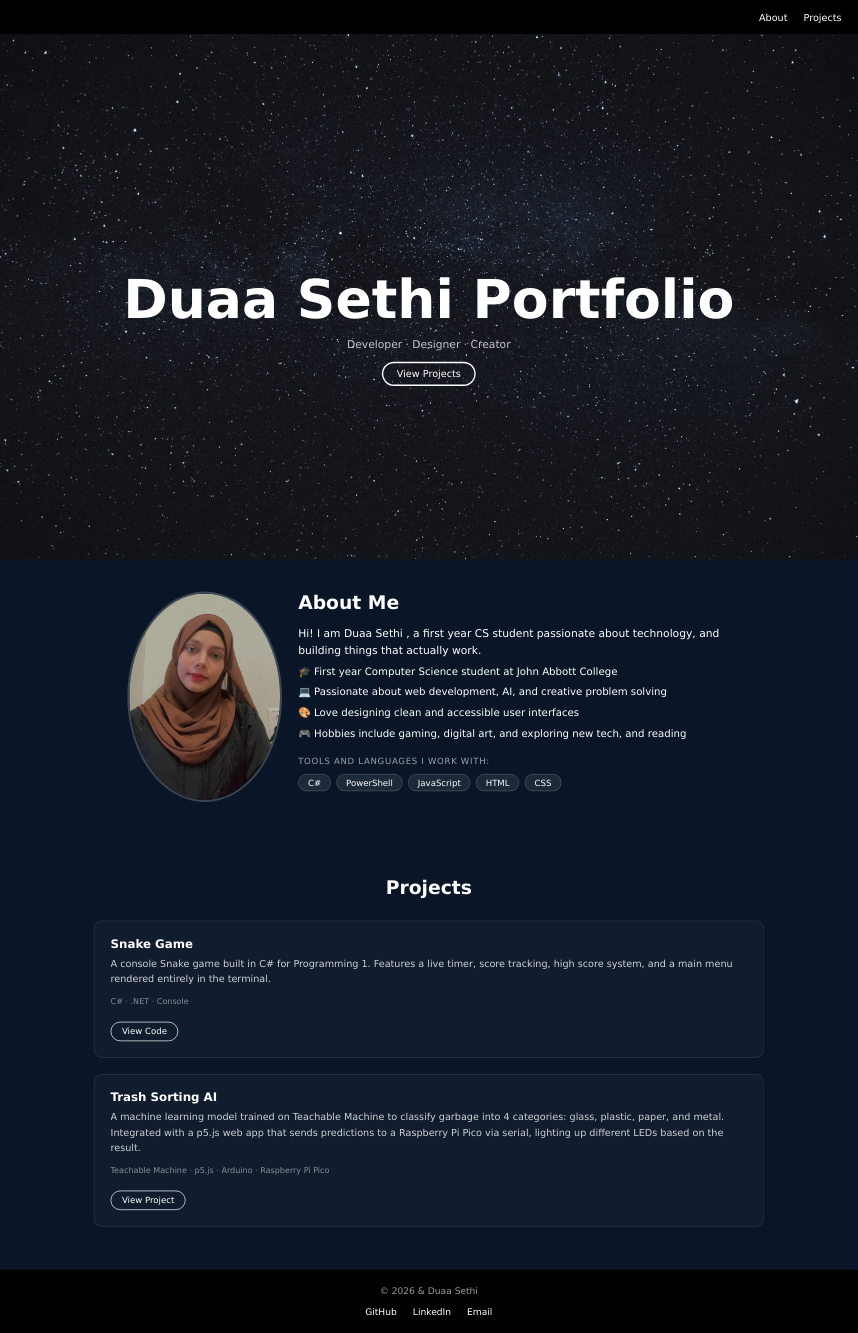
Repository: Duaa-Sethi/Duaa-Sethi
Page: index.html
The author's editor kept a copy of each file at every save. The page is drawn from the files as they stood at one save, then again after the next save.
The browser window is 1280 px wide. The pictures show the whole page, at 67% of full size.
Some web fonts or font styles are not loaded; a fallback is used.

Above is the page before, as saved 2026-05-04 17:07:05.

### index.html
<!doctype html>
<html lang="en">
  <head>
    <meta charset="UTF-8" />
    <meta name="viewport" content="width=device-width, initial-scale=1.0" />
    <title>Dua Portfolio</title>
    <link rel="stylesheet" href="./styles/index.css" />
    <link rel="stylesheet" href="./styles/globals.css" />
  </head>
  <body>
    <!-- NAV -->
    <nav>
      <ul>
        <li><a href="#about">About</a></li>
        <li><a href="#projects">Projects</a></li>
      </ul>
    </nav>

    <!-- HERO -->
    <section class="hero">
      <article>
        <h1>Duaa Sethi Portfolio</h1>
        <p>Developer · Designer · Creator</p>
        <a href="#projects">View Projects</a>
      </article>
    </section>

    <!-- ABOUT -->
    <section class="about" id="about">
      <img src="./assets/images/Dua Sethi.jpeg" alt="Photo of Duaa Sethi" />
      <div class="about-text">
        <h2>About Me</h2>
        <p class="about-intro">
          Hi! I am Duaa Sethi , a first year CS student passionate about
          technology, and building things that actually work.
        </p>

        <ul class="about-list">
          <li>🎓 First year Computer Science student at John Abbott College</li>
          <li>
            💻 Passionate about web development, AI, and creative problem
            solving
          </li>
          <li>🎨 Love designing clean and accessible user interfaces</li>
          <li>
            🎮 Hobbies include gaming, digital art, and exploring new tech, and
            reading
          </li>
        </ul>

        <p class="tools-label">Tools and languages I work with:</p>
        <ul class="tools-list">
          <li>C#</li>
          <li>PowerShell</li>
          <li>JavaScript</li>
          <li>HTML</li>
          <li>CSS</li>
        </ul>
      </div>
    </section>

    <!-- PROJECTS -->
    <section class="projects" id="projects">
      <h2>Projects</h2>
      <div class="cards">
        <article class="card">
          <h3>Snake Game</h3>
          <p>
            A console Snake game built in C# for Programming 1. Features a live
            timer, score tracking, high score system, and a main menu rendered
            entirely in the terminal.
          </p>
          <p class="tech">C# · .NET · Console</p>
          <a
            href="https://github.com/Duaa-Sethi/Programming1-project-Dua-Sethi"
            target="_blank"
            >View Code</a
          >
        </article>
        <article class="card">
          <h3>Trash Sorting AI</h3>
          <p>
            A machine learning model trained on Teachable Machine to classify
            garbage into 4 categories: glass, plastic, paper, and metal.
            Integrated with a p5.js web app that sends predictions to a
            Raspberry Pi Pico via serial, lighting up different LEDs based on
            the result.
          </p>
          <p class="tech">
            Teachable Machine · p5.js · Arduino · Raspberry Pi Pico
          </p>
          <a
            href="https://editor.p5js.org/duairfansethi/full/mdRLpCkG2"
            target="_blank"
            >View Project</a
          >
        </article>
      </div>
    </section>

    <footer>
      <p>© 2026 & Duaa Sethi</p>
      <ul class="footer-links">
        <ul class="footer-links">
          <li><a href="https://github.com/Duaa-Sethi">GitHub</a></li>
          <li>
            <a
              href="https://www.linkedin.com/in/dua-irfan-sethi-32944838b/"
              target="_blank"
              >LinkedIn</a
            >
          </li>
          <li>
            <a href="mailto:duairfansethi@gmail.com">Email</a>
          </li>
        </ul>
      </ul>
    </footer>
  </body>
</html>

### styles/index.css
body {
  background-color: #0a1628;
}

/* NAV */
nav {
  position: sticky;
  top: 0;
  background-color: black;
  padding: 0 1.5rem;
}

nav ul {
  display: flex;
  justify-content: flex-end;
  gap: 1.5rem;
  padding: 1rem 0;
}

nav ul li a {
  font-size: 0.9rem;
}

.hero {
  display: flex;
  align-items: center;
  justify-content: center;
  text-align: center;
  min-height: 100vh;
  padding: 2rem 1.5rem;

  /* dont memorize, copy paste background defs */
  background-image: url(../assets/images/kai-pilger-Ef6iL87-vOA-unsplash.jpg);
  background-size: cover;
  background-position: center;
  background-repeat: no-repeat;
}

.hero h1 {
  font-size: 2rem;
  margin-bottom: 0.75rem;
}

.hero p {
  font-size: 1rem;
  opacity: 0.75;
  margin: 0 0 1.5rem 0;
}

.hero a {
  border: 2px solid white;
  padding: 0.5rem 1.25rem;
  border-radius: 20px;
  font-size: 0.9rem;
}

.hero a:hover {
  background-color: white;
  color: #0a1628;
  text-decoration: none;
}

/* ABOUT */
.about {
  display: flex;
  align-items: flex-start;
  gap: 1.5rem;
  padding: 3rem 1.5rem;
  text-align: center;
}

.about img {
  max-width: 25%;
  border-radius: 50%;
  overflow: hidden;
  display: inline-block;
  vertical-align: middle;
  border: 3px solid rgba(255, 255, 255, 0.2);
}

.about h2 {
  font-size: 1.75rem;
  margin-bottom: 1rem;
}

.about p {
  margin: 0 0 0.5rem 0;
  line-height: 1.6;
}

.about-list {
  display: flex;
  flex-direction: column;
  gap: 0.5rem;
  text-align: left;
  margin-bottom: 1.25rem;
}

.about-list li {
  font-size: 0.95rem;
  line-height: 1.5;
}

.tools-label {
  font-size: 0.8rem;
  opacity: 0.6;
  text-transform: uppercase;
  letter-spacing: 0.08em;
  text-align: left;
  margin-bottom: 0.5rem;
}

.tools-list {
  display: flex;
  flex-wrap: wrap;
  gap: 0.5rem;
  text-align: left;
}

.tools-list li {
  background-color: rgba(255, 255, 255, 0.08);
  border: 1px solid rgba(255, 255, 255, 0.2);
  border-radius: 20px;
  padding: 0.3rem 0.85rem;
  font-size: 0.8rem;
}
/* PROJECTS */
.projects {
  padding: 4rem 1.5rem;
  text-align: center;
}
.projects h2 {
  font-size: 1.75rem;
  margin-bottom: 2rem;
}

.cards {
  display: flex;
  flex-direction: column;
  gap: 1.5rem;
}
.card {
  background-color: #111c2e;
  border: 1px solid rgba(255, 255, 255, 0.1);
  border-radius: 12px;
  padding: 1.5rem;
  text-align: left;
}

.card:hover {
  border-color: rgba(255, 255, 255, 0.4);
}

.card h3 {
  font-size: 1.1rem;
  margin-bottom: 0.5rem;
}

.card p {
  font-size: 0.9rem;
  line-height: 1.6;
  opacity: 0.8;
  margin: 0 0 0.5rem 0;
}

.card .tech {
  font-size: 0.75rem;
  opacity: 0.5;
  margin: 0.75rem 0;
}

.card a {
  display: inline-block;
  border: 1px solid white;
  padding: 0.4rem 1rem;
  border-radius: 20px;
  font-size: 0.8rem;
  margin-top: 0.5rem;
}

.card a:hover {
  background-color: white;
  color: #0a1628;
  text-decoration: none;
}

/* FOOTER */

footer {
  text-align: center;
  padding: 1.5rem;
  background-color: black;
}
footer p {
  font-size: 0.85rem;
  opacity: 0.6;
  margin: 0 0 0.75rem 0;
}

.footer-links {
  display: flex;
  justify-content: center;
  gap: 1.5rem;
}

.footer-links a {
  font-size: 0.85rem;
}

@media only screen and (min-width: 600px) {
  .hero h1 {
    font-size: 4rem;
  }

  .about {
    flex-direction: row;
    text-align: left;
    max-width: 800px;
    margin: 0 auto;
  }

  .cards {
    flex-direction: row;
    flex-wrap: wrap;
    justify-content: center;
  }
}

@media only screen and (min-width: 992px) {
  .hero h1 {
    font-size: 5rem;
  }
  .projects {
    max-width: 1000px;
    margin: 0 auto;
  }

  .about {
    max-width: 900px;
  }
}

### styles/globals.css
/* FONT DEFS */
@font-face {
  font-family: "main font";
  src: url(../assets/fonts/NewsCycle-Regular.ttf);
}

/* CROSS PAGE STYLES */
body {
  font-family: "main font", Verdana, sans-serif;
  color: white;
  margin: 0;
}

h1 {
  font-weight: bold;
  font-size: 1.5rem;
}

a {
  text-decoration: none;
  color: white;
}
h2,
h3 {
  margin: 0;
}
a:hover {
  text-decoration: underline;
}
ul {
  list-style: none;
  padding: 0;
  margin: 0;
}

After the next save:
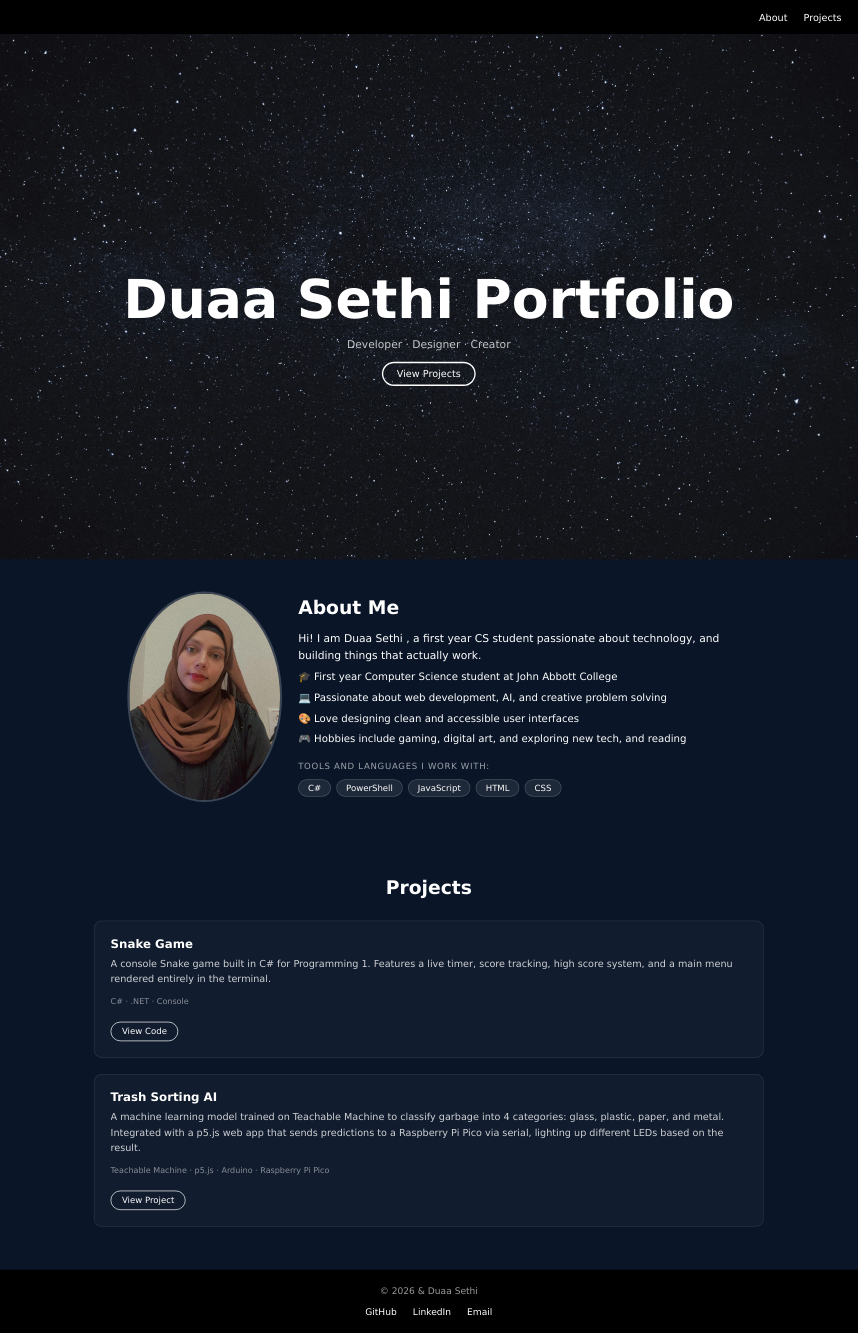
Saved 38 s later.
--- a/styles/index.css
+++ b/styles/index.css
@@ -63,7 +63,8 @@ nav ul li a {
 /* ABOUT */
 .about {
   display: flex;
-  align-items: flex-start;
+  flex-direction: column;
+  align-items: center;
   gap: 1.5rem;
   padding: 3rem 1.5rem;
   text-align: center;
